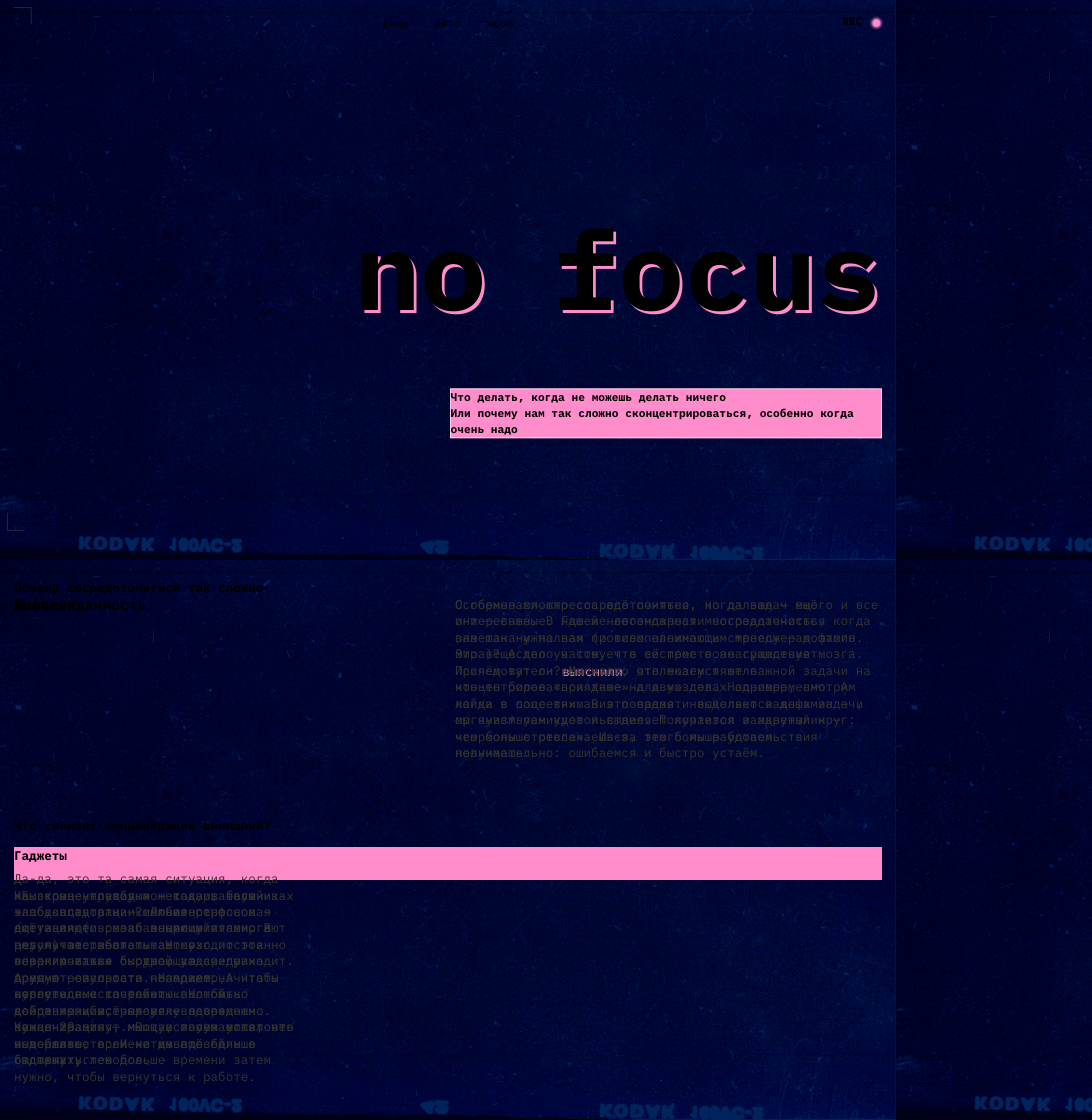
Repository: NikWolf75/slozhno-sosredotochitsya-fd
Page: index.html
The author's editor kept a copy of each file at every save. The page is drawn from the files as they stood at one save, then again after a run of saves.
The browser window is 1280 px wide. The page is 1560 px wide, then 1540 px, so the pictures cover 1560 px, including what lies to the right of the window. The pictures show the part of the page from y = 0 to 1600 px (the page is 7362 px tall before and 4320 px after), at 70% of full size.
Backgrounds fixed to the window are drawn as part of the page.

Above is the page before, as saved 2025-02-27 21:30:44.

### index.html
<!DOCTYPE html>
<html lang="ru">
  <head>
    <meta charset="UTF-8" />
    <meta http-equiv="X-UA-Compatible" content="IE=edge" />
    <meta name="viewport" content="width=device-width, initial-scale=1.0" />
    <meta name="color-scheme" content="dark light" />
    <link rel="stylesheet" href="/fonts/fonts.css" />
    <link rel="stylesheet" href="/styles/globals.css" />
    <link rel="stylesheet" href="/styles/variables.css" />
    <link rel="stylesheet" href="/styles/style.css" />
    <link rel="stylesheet" href="/styles/dark.css" />
    <link rel="stylesheet" href="/styles/light.css" />
    <link rel="icon" href="/images/favicon.ico" sizes="any" />
    <link rel="icon" href="/images/favicon.svg" type="image/svg+xml" />
    <title>Сложно сосредоточиться</title>
    <script src="./scripts/script.js"></script>
  </head>
  <body class="page">
    <header class="header decorated-zone">
      <p class="rec_element">REC</p>
      <nav class="header__theme-menu">
        <ul class="header__theme-menu-list">
          <li class="header__theme-menu-item">
            <button
              class="header__theme-menu-button header__theme-menu-button_type_light"
            >
              День
            </button>
          </li>
          <li class="header__theme-menu-item">
            <button
              class="header__theme-menu-button header__theme-menu-button_active header__theme-menu-button_type_auto"
              disabled
            >
              Авто
            </button>
          </li>
          <li class="header__theme-menu-item">
            <button
              class="header__theme-menu-button header__theme-menu-button_type_dark"
            >
              Неон
            </button>
          </li>
        </ul>
      </nav>
      <h1 class="title_main">no focus</h1>
      <div class="title-decor">
        <p>Что делать, когда не можешь делать ничего</p>
        <p>
          Или почему нам так сложно сконцентрироваться, особенно когда очень
          надо
        </p>
      </div>
    </header>
    <main class="content">
      <section class="content__section">
        <h2 class="question_text">Почему сосредоточиться так сложно</h2>
        <article class="content__answers">
          <h3 class=".content__answer-short">Многозадачность</h3>
          <p class="answer_large">
            Особенно сложно сосредоточиться, когда задач много и все они —
            важные. Где же легендарная многозадачность, когда она так нужна вам
            (и всем нанимающим менеджерам этого мира)? А дело в том, что её
            просто не существует. Исследователи
            <a class="link-text" href="#0">выяснили</a>, что мозгу тяжело
            концентрироваться даже на двух делах одновременно. А когда в поле
            внимания попадает несколько важных задач, организм паникует и
            выделяет кортизол и адреналин — «гормоны стресса». Из-за этого мы
            работаем невнимательно: ошибаемся и быстро устаём.
          </p>
        </article>
        <article class="content__answers">
          <h3 class=".content__answer-short">Дофамин</h3>
          <p class="answer_large">
            С гормонами стресса всё понятно, но дальше — ещё интереснее. В нашей
            невозможности сосредоточиться замешана и полная противоположность
            стрессу — дофамин. Это вещество участвует в системе вознаграждения
            мозга. Причём тут он? Мы часто отвлекаемся от важной задачи на
            что-то более «приятное» для мозгов. Например, смотрим лайки в
            соцсетях. В это время и выделяется дофамин — и мы чувствуем
            удовольствие. Получается замкнутый круг: чем больше отвлекаешься,
            тем больше удовольствия получаешь.
          </p>
        </article>
      </section>
      <section class="content__section content__what">
        <h2 class="question_text">Что снижает концентрацию внимания?</h2>
        <article class="content__answers">
          <h3 class="content__answer-short">Многозадачность</h3>
          <p class="answer_large">
            Как концентрация может снижаться из-за… концентрации? Любая
            стрессовая ситуация (и резко меняющийся мир в целом) заставляет наш
            мозг постоянно «сканировать» окружающую среду на предмет опасности.
            Например, читать новости вместо работы. Но быть собранными всё время
            — невозможно. Концентрация — мышца, и она может не выдержать, если
            не давать ей отдохнуть.
          </p>
        </article>
        <article class="content__answers">
          <h3 class="content__answer-short">Еда</h3>
          <p class="answer_large">
            «Быстрые углеводы» — сахар, белый хлеб, сладости — молниеносно
            доставляют в мозг энергию и помогают ему лучше работать. Но уходит
            эта энергия также быстро, как и приходит. А мы в результате попадаем
            на «углеводные качели»: как только действие «быстрых углеводов»
            заканчивается, мы чувствуем усталость и сонливость. И хотим ещё
            больше быстрых углеводов.
          </p>
        </article>
        <article class="content__answers">
          <h3 class="content__answer-short">Гаджеты</h3>
          <p class="answer_large">
            Да-да, это та самая ситуация, когда на экране ноутбука — код, в
            наушниках — подкаст, а на компьютере фоном — ещё и видео с забавными
            утятами. В результате мозг пытается переключиться с одной задачи на
            другую — и просто не может. А чтобы вернуться к состоянию полной
            концентрации, человеку в среднем нужно 20 минут. Вот и получается,
            что чем больше времени мы проводим в гаджетах, тем больше времени
            затем нужно, чтобы вернуться к работе.
          </p>
        </article>
      </section>
      <section class="content__section">
        <h2 class="question_text">
          Как концентрироваться лучше, чем золотая рыбка (то есть дольше трёх
          секунд)
        </h2>
        <article class="content__answers advice">
          <h3 class="content__answer-short sub_content__answer-short">
            5 простых (на самом деле не очень) советов
          </h3>
          <h4 class="advice">
            Представьте небо и облака
          </h4>
          <p class="answer_large">
            Или листья в ручье. Тут дело в лёгкой медитации, которая помогает
            успокоиться. Ведь часто именно тревожные мысли о сложных задачах как
            раз и мешают эти сложные задачи делать. В такие моменты можно
            закрыть глаза и представить, что чистое небо — это вы, а облака —
            тревожные мысли. И сколько бы их ни было — ясное небо всегда будет
            где-то там, за тучами, и никуда не денется. Это упражнение поможет
            вернуться в настоящий момент, а не волноваться о потенциальных
            проблемах из будущего.
          </p>
        </article>
          <h4 class="advice">
            Включите музыку
          </h4>
          <p class="answer_large">
            Но не любую, и не любимую. Любимая может быть связана с сильными
            положительными эмоциями, которые тоже очень сильно отвлекают.
            Подойдёт тихая, спокойная, умеренно-ритмичная. Можно вообще
            попробовать включить плейлист с «белым шумом» или нейромузыкой.
          </p>
          <h4 class="advice">
            Прогуляйтесь
          </h4>
          <p class="answer_large">
            Или даже пробегитесь. Лучше найти парк или лес: один эксперимент
            <a class="link-text" href="#0">показал</a>, что созерцание природы
            повышает концентрацию, в то время как после просмотра городских
            пейзажей она наоборот понижается. Можно совместить прогулку с
            физическими упражнениями или бегом — так в мозг поступит ещё больше
            кислорода и он будет лучше работать. Но и простая двадцатиминутная
            прогулка — тоже отличный вариант.
          </p>
          <h4 class="advice">
            Хорошо ешьте
          </h4>
          <p class="answer_large">
            Мы — не ваша бабушка, но это правда важно. Выбирайте продукты,
            которые препятствуют резким скачкам сахара в крови. Например, с
            высоким содержанием клетчатки: овощи, ягоды, бобовые (нут, чечевица,
            фасоль), коричневый рис, хлеб из цельнозерновой пшеницы.
          </p>
          <h4 class="advice">
            Читайте
          </h4>
          <p class="answer_large">
            Настоящие бумажные книги. Это правда помогает с концентрацией: чтобы
            прочитать пост в соцсети, достаточно нескольких минут или даже
            секунд. А вот интересная книга способна затянуть и на несколько
            часов и круто тренирует направленное внимание.
          </p>
        </article>
      </section>
      <section class="content__section content__gallery">
        <h2 class="content__answer-short">А можно в картинках?</h2>
        <div class="gallery">
          <figure class="gallery__item">
            <img
              class="content__section-image"
              src="./images/sunset.png"
              alt="Вид острова на закате"
              loading="lazy"
            />
          </figure>
          <figure class="gallery__item">
            <img
              class="gallery__section-image"
              src="./images/ice-cream.png"
              alt="Чаша с мороженным"
              loading="lazy"
            />
          </figure>
          <figure class="gallery__item">
            <img
              class="gallery__section-image"
              src="./images/tape.png"
              alt="Кассета"
              loading="lazy"
            />
          </figure>
          <figure class="gallery__item">
            <img
              class="gallery__section-image"
              src="./images/books.png"
              alt="Стопка книг"
              loading="lazy"
            />
          </figure>
          <figure class="gallery__item">
            <img
              class="gallery__section-image"
              src="./images/street.png"
              alt="Улица"
              loading="lazy"
            />
          </figure>
        </div>
      </section>
    </main>
    <footer class="footer decorated-zone">
      <h2 class="title_main footer__title">focus</h2>
    </footer>
  </body>
</html>

### styles/globals.css
*,
*::before,
*::after {
  box-sizing: border-box;
}

body {
  min-inline-size: 375px;
  max-inline-size: 1440px;
  margin: 0 auto;
}

h1,
h2,
h3,
h4,
h5,
h6,
p {
  margin: 0;
}

ul {
  margin: 0;
  padding: 0;
  list-style: none;
}

picture {
  margin: 0;
  padding: 0;
}

button,
a {
  font-family: inherit;
  font-size: inherit;
  line-height: inherit;
  color: currentColor;
}

### styles/variables.css
:root {
  --main-font: 'IBM Plex mono';
}

### styles/style.css
.page {
  display: flex;
  flex-direction: column;
  font-family: var(--main-font), monospace;

  position: relative;
  font-weight: 700;
  background-color: var(--main-background-color);
  background-image: var(--main-background-image, url("../images/cover-image-dark.png"));
  background-repeat: no-repeat;
  background-attachment: fixed;
  background-position: center;
  background-size: cover;
  color: var(--main-font-color);
 }

.decorated-zone {
  position: relative;
}

.decorated-zone::after,
.decorated-zone::before {
  position: absolute;
  inline-size: 25px;
  block-size: 25px;
  content: "";
  border: 1px solid var(--corner-color);
}

.decorated-zone::after {
  border-top: none;
  border-right: none;
  bottom: 10px;
  left: 10px;
}

@media (width >= 768px) {
  .decorated-zone::before {
    right: 20px;
    top: 20px;
  }
}

.decorated-zone::before {
  border-left: none;
  border-bottom: none;
  right: 10px;
  top: 10px;
}

@media (width >= 768px) {
  .decorated-zone::before {
    bottom: 20px;
    left: 20px;
  }
}

.rec_element {
  position: absolute;
  align-self: start;
  justify-self: end;
  margin: 0;
  right: 10px;
  margin-right: 28px;
  grid-column: 3;
  grid-row: 1;
  color: var(--rec-theme-color);
  gap: 10px;
}

@media (width >= 768px) {
  .rec_element {
    right: 20px;
  }
}

.rec_element::after {
  content: "";
  border-radius: 50%;
  position: absolute;
  top: 8px;
  left: 44px;
  background: var(--accent-color);
  width: 10px;
  height: 10px;
  box-shadow: 0 0 4px 2px var(--accent-color)
}

.header {
  display: grid;
  grid-template-columns: repeat(3, 1fr);
  grid-template-rows: 1fr min-content 1fr;
  align-items: center;
  justify-items: end;
  position: relative;
  block-size: min(668px, 100vh);
  padding: var(--main-padding-small, 10px);
  inline-size: 100%;
 }

 @media (width >= 768px) {
  .header {
    padding: 20px 20px 20px 0;
    block-size: max(1024px, 100vh);
  }
 }

 @media (width >= 1024px) {
  .header {
    block-size: max(768px, 100vh);
  }
 }

 .header__theme-menu {
  grid-column: 3;
  grid-row: 1;
  justify-self: end;
  align-self: center;
}

@media (width >= 1024px) {
  .header__theme-menu {
    grid-column: 1 / -1;
    align-self: start;
    justify-self: center;
    margin-left: 20px;
  }
 }

.header__theme-menu-list {
  display: flex;
  flex-direction: column;
  list-style: none;
  row-gap: 10px;
}

@media (width >= 1024px) {
  .header__theme-menu-list {
    display: flex;
    flex-direction: row;
    column-gap: 10px;
  }
 }

.header__theme-menu-button {
  font-family: inherit;
  background: transparent;
  color: var(--button-text-color);
  border: none;
  text-transform: lowercase;
  border: none;
  height: 26px;
  padding-right: 13px;
  padding-left: 13px;
}

.header__theme-menu-bitton:hover {
  outline: 1px solid var(--button-outline-color)
}

.header__theme-menu-button_active {
  outline: 1px solid var(--button-theme-colo);
}

.header__theme-menu-button:focus {
  outline: none;
  text-decoration: underline;
}

.header__theme-menu-button:focus-visible {
  outline: none;
  text-decoration: underline;
}

.title_main {
  font-family: inherit;
  font-size: clamp(7.25rem, 7.0115rem + 1.0178vw, 7.5rem);
  line-height: 95.7px;
  color: var(--title-main-text-color);
  text-shadow: 4px 4px 0 var(--accent-color);
  cursor: default;
  grid-column: 1 / -1;
  grid-row: 2;
}

@media (width >= 1024px) {
  .title_main {
    line-height: 129px;
  }
}

@media (width >= 768px) {
  .title_main {
    font-size: clamp(7.5rem, 0.5625rem + 14.4531vw, 9.8125rem);
    font-weight: 700;
    line-height: 99px;
  }
}

.title-decor {
  font-weight: 700;
  font-family: var(--main-font), monospace;
  line-height: 23px;
  background-color: var(--accent-color);
  color: var(--title-font-color);
  grid-row: 3;
  grid-column: 1 / -1;
  border: 1px solid var(--main-background-color);
  margin: 0;
  justify-self: end;
  align-self: center;
}

@media (width >= 768px) {
  .title-decor {
    max-width: 49%;
  }
}

.content {
  display: flex;
  box-sizing: border-box;
  flex-direction: column;
  padding: 40px 10px 0 10px;
  row-gap: 50px;
}

@media (width >= 768px) {
  .content {
    padding: 60px 20px 20px 20px;
    row-gap: 80px;
  }
  .content__section {
    display: grid;
    grid-template-columns: 1fr 2fr;
    column-gap: 20px;
  }
}

@media (width >= 1024px) {
  .content__section {
    column-gap: 10px;
  }
}

.content__what, .content__answers {
  margin-bottom: 20px;
}

.content__what, .content__answers:last-of-type {
  margin-bottom: 0;
}

.content__gallery, .content__answer-short {
  font-size: 18px;
}

@media (width >= 768px) and (width < 1024px) {
  .content__what,
  .content__gallery {
    display: grid;
    grid-template-columns: repeat(3, 1fr);
    grid-template-rows: min-content, 1fr;
    row-gap: 20px;
  }

  .content__what, .question_text {
    grid-row: 1;
    grid-column: 1;
  }

  .content__what, .content__answers {
    grid-row: 2;
    grid-column: 1 / -1;
    margin-bottom: 20px;
  }

  .content__gallery, .content__answer-short {
    grid-row: 1;
    grid-column: 1 / -1;
    margin: 0;
  }

  .content__gallery, .gallery {
    grid-row: 2;
    grid-column: 1 / -1;
  }
}

@media (width >= 1024px) {
  .content__what,
  .content__gallery {
    display: grid;
    grid-template-columns: repeat(3, 1fr);
    row-gap: 20px;
  }

  .content__what, .question_text {
    grid-row: 1;
    grid-column: 1;
  }

  .content__what, .content__answers {
    display: grid;
    grid-row: 2;
    grid-column: 1 / -1;
    column-gap: 20px;
    grid-template-columns: repeat(auto-fit, minmax(calc((100% - 40px) / 3), 1fr));
  }

  .content__gallery, .content__answer-short {
    grid-row: 1;
    grid-column: 1 / -1;
    margin: 0;
  }

  .content__gallery, .gallery {
    grid-row: 2;
    grid-column: 1 / -1;
  }
}

.question_text {
  font-family: var(--main-font), monospace;
  font-size: 18px;
  font-weight: 700;
  line-height: 23.5px;
  color: var(--question_text-color);
  margin: 0;
  margin-bottom: 20px;
}

@media (width >= 768px) {
  .question_text {
    padding-right: 9px;
    margin-bottom: 0;
  }
}

.content__answers {
  font-family: var(--main-font), monospace;
  font-size: 18px;
  font-weight: 700;
  line-height: 23.5px;
  color: var(--content__answer-short-color);
}

.content_how {
  display: flex;
  flex-direction: column;
}

.content__answer-short {
  color: var(--content__answer-short-color);
  background-color: var(--accent-color);
  margin: 0;
  margin-bottom: 10px;
  font-family: inherit;
  font-size: inherit;
  font-weight: inherit;
  line-height: inherit;
}

.sub_content__answer-short {
  margin-bottom: 20px;
}

.answer_large {
  font-family: inherit;
  font-size: inherit;
  font-weight: 400;
  line-height: inherit;
  color: var(--answer-text-color);
  margin: 0;
  margin-bottom: 20px;
}

.content__answers, .answer_large:last-of-type {
  margin-bottom: 0;
}

.link-text {
  text-decoration: none;
  color: inherit;
  text-shadow: 2px 2px 0 var(--shadow-accent-color);
}

.link-text:hover {
  border-bottom: 1px solid var(--menu-color);
}

.link-text:focus {
  outline: none;
  border: none;
}

.link-text:focus-visible {
  outline: 1px solid var(--answer-text-color);
  border: 1px solid transparent;
  color: var(--answer-text-color);
}

.advice {
  font-family: var(--main-font), monospace;
  font-size: 18px;
  font-weight: 400;
  background-color: var(--accent-color);
  line-height: 23.4px;
  margin: 0 0 10px 0;
}

.gallery {
  display: grid;
  grid-template-columns: 1fr;
  grid-template-rows: 142px 355px 237px 355px 237px;
  gap: 10px;
  grid-auto-flow: dense;
  margin-bottom: 40px;
}

.gallery__item {
  margin: o;
}

.gallery__section-image {
  object-fit: cover;
  inline-size: 100%;
  block-size: 100%;
}

@media (width >= 1024px) {
  .gallery {
    grid-template-rows: 260px 315px 433px;
  }
}

.footer {
  display: grid;
  height: 100vh;
  padding: 10px;
  block-size: max(668px, 100vh);
  grid-template-columns: 1fr;
  grid-template-rows: 1fr min-content 1fr;
}

@media (width >= 768px) {
  .footer {
    padding: 20px;
    block-size: max(1024px, 100vh);
  }
}

@media (width >= 1024px) {
  .footer {
    block-size: max(768px, 100vh);
  }
}

.footer_title {
  justify-self: center;
}

### styles/dark.css
:root.theme-dark {
  --title-short-text-color: #DB00FF;
  --header-background-image: url(../images/cover-image-dark.png);
  --title-text-color: #000028;
  --accent-color: #FF0070;
  --menu-color: #FF0070;
  --menu-color-rgb: rgba(255, 0, 112, 0.4);
  --shadow-accent-color: #FF0070;
  --main-background-color: #000028;
  --answer-text-color: #F1B2CE;
  --answer-short-text-color: #000028;
  --question-text-color: #FF0070;
  --corner-color: #FF0070;
}

.theme-dark .page {
  /* Вам также нужно будет написать ряд подобных селекторов */
}

.theme-dark li {
  outline: none;
}

@media (prefers-color-scheme: dark) {
  :root {
    /* сохраните этот селектор в приведённом виде.
      Так стили написанные ниже будут иметь больший вес,
      чем стили в медиазапросе предпочтений пользователя
    */
    --title-short-text-color: #DB00FF;
    --header-background-image: url(../images/cover-image-dark.png);
    --title-text-color: #000028;
    --accent-color: #FF0070;
    --menu-color: #FF0070;
    --menu-color-rgb: rgba(255, 0, 112, 0.4);
    --shadow-accent-color: #FF0070;
    --main-background-color: #000028;
    --answer-text-color: #F1B2CE;
    --answer-short-text-color: #000028;
    --question-text-color: #FF0070;
    --corner-color: #FF0070;
  }

  li {
    outline: none;
  }
}

### styles/light.css
:root.theme-light {
  --title-short-text-color: #FFC2E6;
  --header-background-image: url(../images/cover-image-light.png);
  --title-text-color: #353430;
  --accent-color: #FF8DCB;
  --menu-color: #353430;
  --menu-color-rgb: rgba(53, 52, 48, 0.4);
  --shadow-accent-color: #FF8DCB;
  --main-background-color: #FFF1F7;
  --answer-text-color: #353430;
  --answer-short-text-color: #353430;
  --question-text-color: #353430;
  --corner-color: #353430;
}

.theme-light .page .rec_element {
  display: none;
}

.theme-light .rec_element::after {
  display: none;
}

.theme-light li {
  outline: none;
}

@media (prefers-color-scheme: light) {
  :root {
    --title-short-text-color: #FFC2E6;
    --header-background-image: url(../images/cover-image-light.png);
    --title-text-color: #353430;
    --accent-color: #FF8DCB;
    --menu-color: #353430;
    --menu-color-rgb: rgba(53, 52, 48, 0.4);
    --shadow-accent-color: #FF8DCB;
    --main-background-color: #FFF1F7;
    --answer-text-color: #353430;
    --answer-short-text-color: #353430;
    --question-text-color: #353430;
    --corner-color: #353430;
  }


  .theme-light .rec_element {
    display: none;
  }

  .theme-auto .rec_element {
    display: none;
  }

  .rec_element .rec_element::after {
    display: none;
  }

  li {
    outline: none;
  }
}

Loaded but not shown: fonts/fonts.css (common file); scripts/script.js (52 lines, source omitted)

After the next 2 saves:
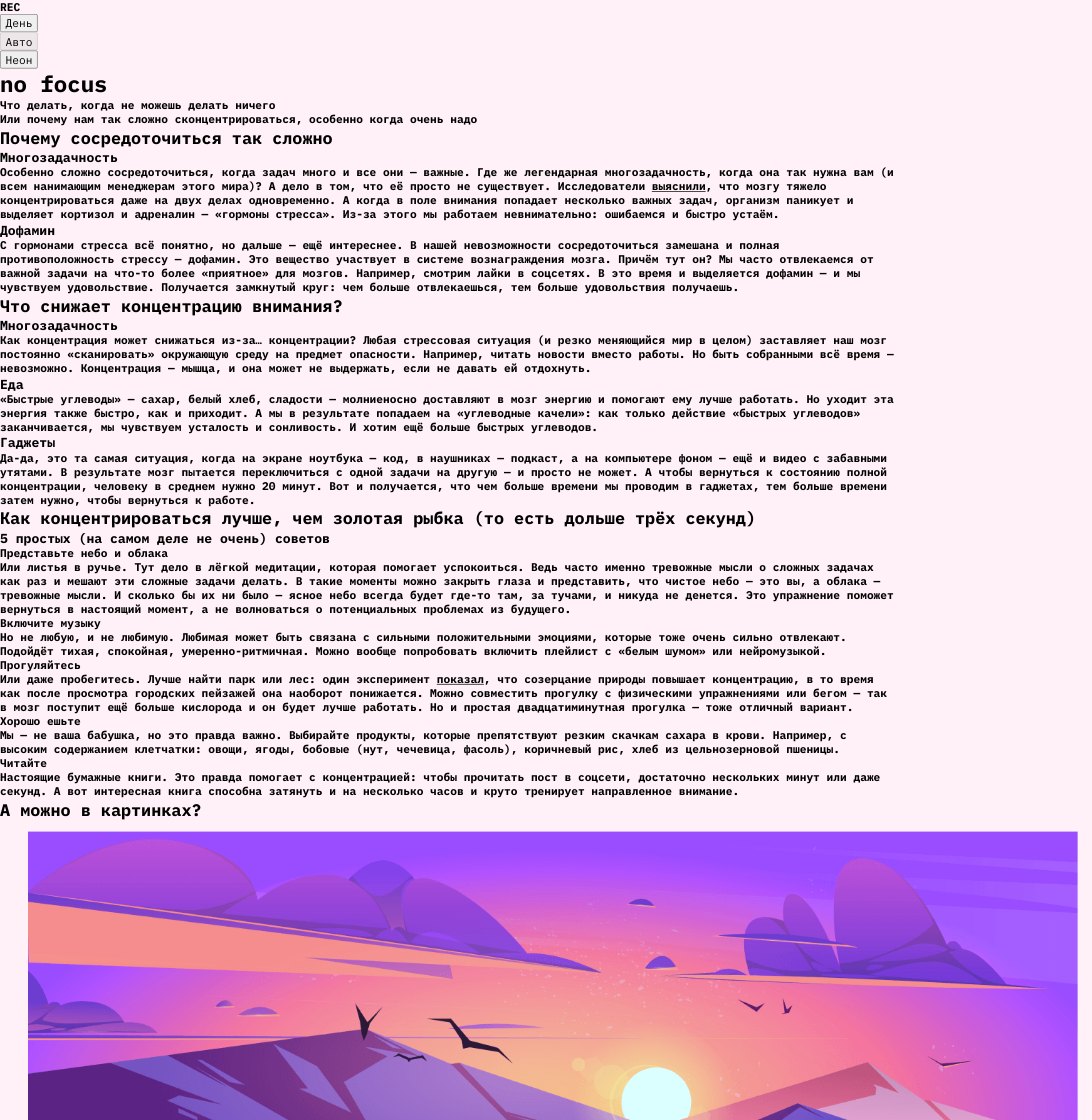
The 2 saves are shown as one change because they came seconds apart.
The last was saved 14 s later.
--- a/styles/style.css
+++ b/styles/style.css
@@ -6,8 +6,7 @@
   position: relative;
   font-weight: 700;
   background-color: var(--main-background-color);
-  background-image: var(--main-background-image, url("../images/cover-image-dark.png"));
-  background-repeat: no-repeat;
+  background-image: var(--main-background-image;
   background-attachment: fixed;
   background-position: center;
   background-size: cover;
